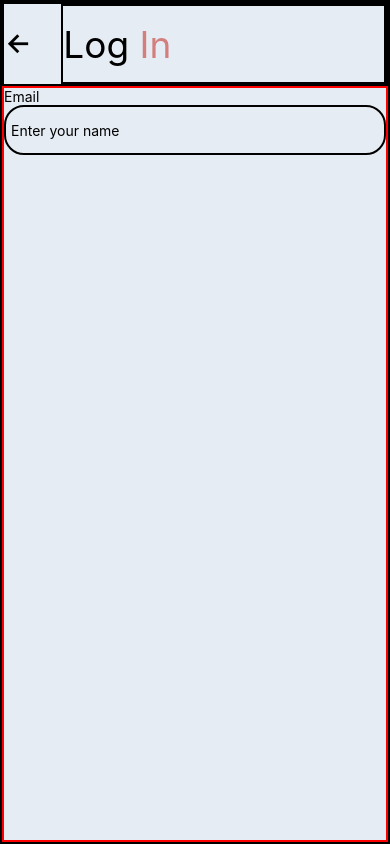
Repository: kgayathridevi/pregband
Screen: /
These files come from the project's save history. The screen is drawn as it stood at one moment and after the next save; the edit follows.
The app was drawn by React Native's web renderer in a window 390 px wide. The project was rebuilt for these pictures with package versions that can differ from the ones it lists, and the page was loaded fresh each time. Also part of the build but not shown: component/SignUpScreen.jsx, component/Home.jsx.

Above is the screen before, as saved 2023-04-28 15:07:42.

After the next save:
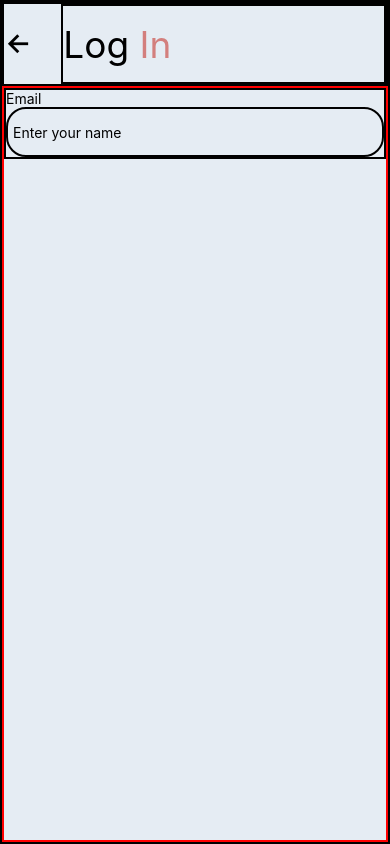
Saved 11 s later.
--- a/component/LogInScreen.jsx
+++ b/component/LogInScreen.jsx
@@ -70,7 +70,9 @@ const styles = StyleSheet.create({
     height: "90%",
     borderColor: "red",
   },
-  inputContainer: {},
+  inputContainer: {
+    borderWidth: 2,
+  },
   textInp: {
     borderWidth: 2,
     borderRadius: 20,
